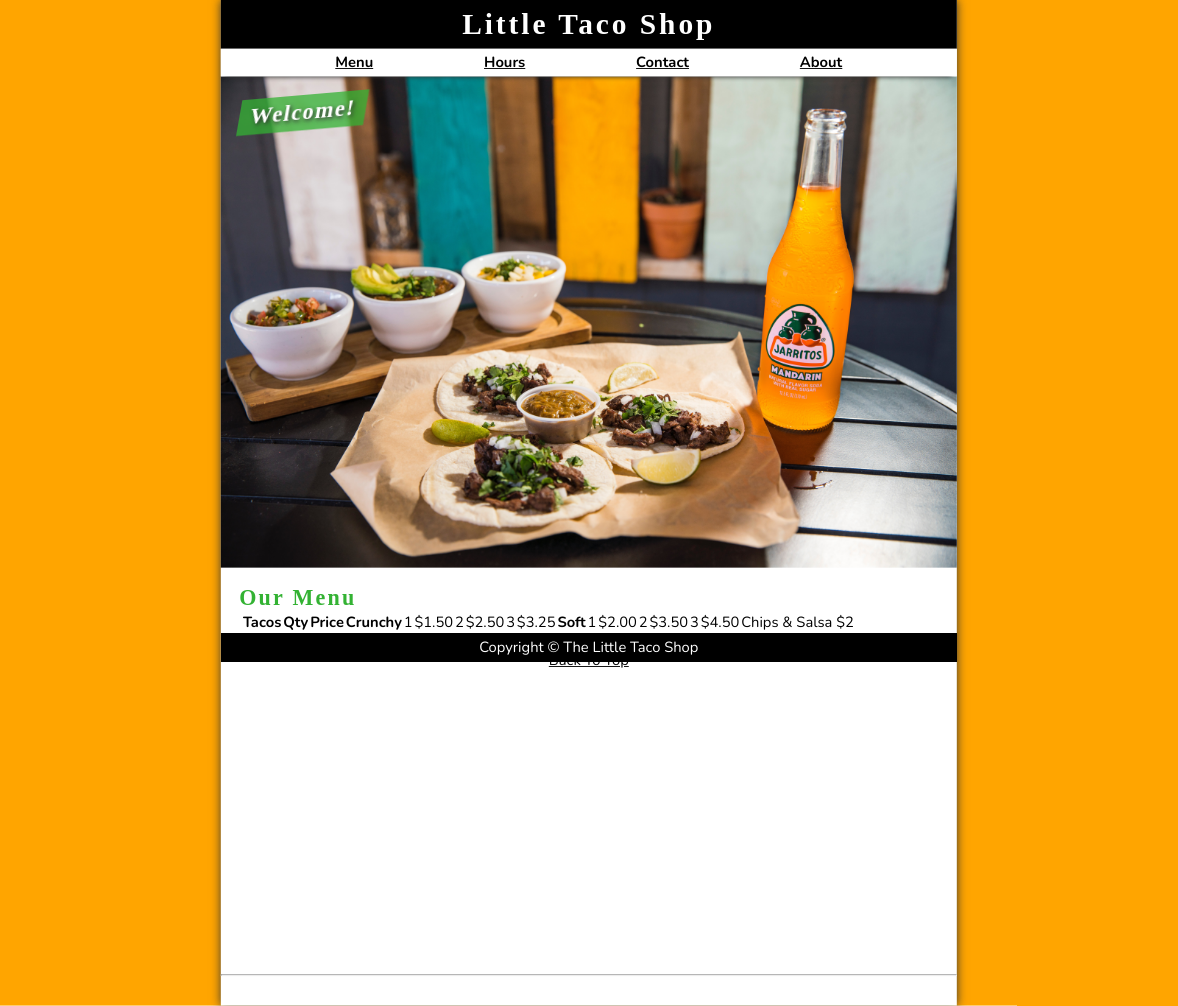
Repository: nabieusuma/Little-taco-shop
Page: index.html
These files come from the project's save history. The page is drawn as it stood at one moment and after the next save; the edit follows.
The browser window is 1280 px wide. The pictures show the whole page, at 92% of full size.
Some web fonts or font styles are not loaded; a fallback is used.

Above is the page before, as saved 2026-05-07 17:10:43.

### index.html
<!doctype html>
<html lang="en">
  <head>
    <meta charset="UTF-8" />
    <meta name="viewport" content="width=device-width, initial-scale=1.0" />
    <meta name="author" content="Nabieu suma" />
    <meta
      name="description"
      content="The official website for The Little Taco Shop"
    />
    <title>Little Taco Shop</title>
    <link rel="icon" href="favicon.ico" type="image/x-icon" />
    <link rel="stylesheet" href="style.css" />
  </head>

  <body>
    <header class="header">
      <h1 class="header__h1">Little Taco Shop</h1>
      <nav class="header__nav">
        <ul class="header__ul">
          <li>
            <a href="#menu"> Menu</a>
          </li>
          <li>
            <a href="hours.html"> Hours</a>
          </li>
          <li>
            <a href="contact.html">Contact</a>
          </li>

          <li>
            <a href="about.html">About</a>
          </li>
        </ul>
      </nav>
    </header>

    <section class="hero">
      <h2 class="hero__h2">Welcome!</h2>
      <figure>
        <img
          src="./Images/tacos_and_drink_1000x667.png"
          alt="Tacos and a Drink"
          title="We love tacos!"
          width="1000"
          height="667"
        />
        <figcaption class="offscreen">Tacos and a Drink</figcaption>
      </figure>
    </section>
    <main class="main">
      <article id="menu" class="main__article menu">
        <h2 class="menu__h2">Our Menu</h2>
        <table class="menu__container">
          <caption class="offscreen">
            Our Tacos
          </caption>
          <thead>
            <tr>
              <th class="menu__header" scope="col">Tacos</th>
              <th class="menu__header" scope="col">Qty</th>
              <th class="menu__header" scope="col">Price</th>
            </tr>
          </thead>
          <tbody>
            <tr>
              <th class="menu__item menu__cr" scope="row" rowspan="3">
                Crunchy
              </th>
              <td class="menu__items">1</td>
              <td class="menu__items">$1.50</td>
            </tr>
            <tr>
              <td class="menu__items">2</td>
              <td class="menu__items">$2.50</td>
            </tr>
            <tr>
              <td class="menu__items">3</td>
              <td class="menu__items">$3.25</td>
            </tr>
            <tr>
              <th class="menu__item menu__sf" scope="row" rowspan="3">Soft</th>
              <td class="menu__items">1</td>
              <td class="menu__items">$2.00</td>
            </tr>
            <tr>
              <td class="menu__items">2</td>
              <td class="menu__items">$3.50</td>
            </tr>
            <tr>
              <td class="menu__items">3</td>
              <td class="menu__items">$4.50</td>
            </tr>
          </tbody>
          <tfoot>
            <tr>
              <td class="menu__item menu__cs" colspan="3">
                Chips &amp; Salsa $2
              </td>
            </tr>
          </tfoot>
        </table>
        <p class="center">
          <a href="#">Back To Top</a>
        </p>
      </article>
    </main>
    <hr />
    <footer class="footer">
      <p>
        <span class="nowrap">Copyright &copy; </span>
        <span class="nowrap">The Little Taco Shop</span>
      </p>
    </footer>
  </body>
</html>

### style.css
@import url("https://fonts.googleapis.com/css2?family=Fraunces:ital,opsz,wght@0,9..144,100..900;1,9..144,100..900&family=Hanken+Grotesk:ital,wght@0,100..900;1,100..900&family=Kumbh+Sans:wght,YOPQ@100..900,300&family=Montserrat:ital,wght@0,100..900;1,100..900&family=Nunito:ital,wght@0,200..1000;1,200..1000&family=Outfit:wght@100..900&family=Red+Hat+Display:ital,wght@0,300..900;1,300..900&family=Roboto:ital,wght@0,100..900;1,100..900&family=Work+Sans:ital,wght@0,100..900;1,100..900&display=swap");

@import url("https://fonts.googleapis.com/css2?family=Fraunces:ital,opsz,wght@0,9..144,100..900;1,9..144,100..900&family=Fugaz+One&family=Hanken+Grotesk:ital,wght@0,100..900;1,100..900&family=Kumbh+Sans:wght,YOPQ@100..900,300&family=Montserrat:ital,wght@0,100..900;1,100..900&family=Nunito:ital,wght@0,200..1000;1,200..1000&family=Outfit:wght@100..900&family=Red+Hat+Display:ital,wght@0,300..900;1,300..900&family=Roboto:ital,wght@0,100..900;1,100..900&family=Work+Sans:ital,wght@0,100..900;1,100..900&display=swap");

*,
*::before,
*::after {
  padding: 0;
  margin: 0;
  box-sizing: border-box;
}

img {
  display: block;
  max-width: 100%;
  height: auto;
}

input,
button,
textarea {
  font: inherit;
}

/* || VARIABLES */
:root {
  /* Fonts */
  --FF: "Nunito", sans-serif;
  --FF--HEADINGS: "Fugaz One", cursive;
  --FS: clamp(1rem, 2.2vh, 1.5rem);

  /* COLORS*/
  --BGCOLOR: orange;
  --BGCOLOR-FADE: rgb(252, 220, 160);
  --BGIMAGE: linear-gradiant(
    to buttom,
    var(var(var(--BGCOLOR), var(var(--BGCOLOR-FADE))))
  );
  --BODY-BGCOLOR: #fff;
  --FONT-COLOR: #000;
  --BORDER-COLOR: #333;
  --HEIGHLIGHT-COLOR: rgb(51, 178, 51);
  --LINKCOLOR: #000;
  --LINK-HOVER: hsla(0, 0%, 0%, 0.6);
  --LINK-ACTIVE: orange;
  --HEADER-BGCOLOR: #000;
  --HEADER-COLOR: #fff;
  --NAV-BAGCOLOR: #fff;
  --HERO-BGCOLOR: rgba(51, 178, 51, 0.75);
  --HERO-COLOR: #fff;

  /* BORDERS */
  --BORDERS: 1px solid var(var(--BORDER-COLOR));

  /* STANDARD PADDING */
  --PADDING-TB: 0.25em;
  --PADDING-SIDE: 2.5%;

  /* STANDARD MARGIN */
  --MARGIN: clamp(1em, 2.5vh, 1.5em) 0;
}

/* || UTILITY CLASS */
.offscreen {
  position: absolute;
  left: -10000px;
}

.nowrap {
  white-space: nowrap;
}

.center {
  text-align: center;
}

/*
  GENERAL STYLE
*/
html {
  scroll-behavior: smooth;
  font-size: var(--FS);
  font-family: var(--FF);
  background-color: var(--BGCOLOR);
  background-image: var(--BGIMAGE);
}

body {
  background-color: var(--BODY-BGCOLOR);
  color: var(--FONT-COLOR);
  min-height: 100vh;
  max-width: 800px;
  margin: 0 auto;
  border-left: var(--BORDERS);
  border-right: var(--BORDERS);
  box-shadow: 0 0 10px var(--BORDER-COLOR);
}

h1,
h2,
h3 {
  font-family: var(--FF--HEADINGS);
  letter-spacing: 0.1em;
}

h2,
h3 {
  color: var(--HEIGHLIGHT-COLOR);
}

p {
  line-height: 1.5;
}

a:any-link {
  color: var(--LINKCOLOR);
}

a:hover,
a:focus-visible {
  color: var(--LINK-HOVER);
}

a:active {
  color: var(--LINK-ACTIVE);
}

/* HEADER */
.header {
  position: sticky;
  top: 0;
  z-index: 1;
}

.header__h1 {
  text-align: center;
  background-color: var(--HEADER-BGCOLOR);
  color: var(--HEADER-COLOR);
  padding: var(--PADDING-TB) var(--PADDING-SIDE);
}

.header__nav {
  background-color: var(--NAV-BAGCOLOR);
  border-bottom: var(--BORDERS);
  font-weight: bold;
  box-shadow: 0 6px 5px -5px var(--BORDER-COLOR);
}

.header__ul {
  padding: var(--PADDING-TB) var(--PADDING-SIDE);
  list-style-type: none;
  display: flex;
  justify-content: space-evenly;
  gap: 1rem;
}

.hero {
  position: relative;
}

.hero__h2 {
  background-color: var(--HERO-BGCOLOR);
  color: var(--HERO-COLOR);
  padding: 0.25em 0.5em;
  letter-spacing: 0.1rem;
  text-shadow: 2px 2px 5px var(--BORDER-COLOR);
  position: absolute;
  left: 20px;
  top: -100px;
  animation: showWelcome 0.5s ease-in-out 1s forwards;
}

@keyframes showWelcome {
  0% {
    top: -20px;
    transform: skew(0deg, -5deg) scaleY(0);
  }

  80% {
    top: 80px;
    transform: skew(10deg, -5deg) scaleY(1.2);
  }

  100% {
    top: 20px;
    transform: skew(-10deg, -5deg) scaleY(1);
  }
}

/* Footer */
.footer {
  position: sticky;
  bottom: 0;
  background-color: var(--HEADER-BGCOLOR);
  color: var(--HEADER-COLOR);
  padding: var(--PADDING-TB) var(--PADDING-SIDE);
  text-align: center;
}

/* Main */

.main {
  padding: var(--PADDING-TB) var(--PADDING-SIDE);
}

.main__article {
  scroll-margin-top: 6.5rem;
  margin: var(--MARGIN);
}

.main__article:first-child {
  margin-top: 1em;
}
.main__article:last-child {
  min-height: calc(100vh - 20rem);
}

/* About */
.about__trivia {
  margin: var(--MARGIN);
}

.about__trivia-answer {
  margin-top: 1em;
}

/* Contact */
.contact__h2 {
  margin: 0;
}

.contact__fieldset {
  border: none;
}

.contact__p {
  margin: 1em, 0;
}

.contact__label {
  display: block;
  font-weight: bold;
}

.contact__input,
.contact__textarea {
  padding: 0.5em;
  border-radius: 15px;
  border-width: 2px;
  width: 100%;
}

.contact__button {
  padding: 0.5em;
  border-radius: 15px;
  background-color: var(--HEIGHLIGHT-COLOR);
  color: var(--HEADER-COLOR);
}

/*  MENU */

thead,
tbody,
tfoot,
tr {
  display: contents;
}

.menu__container {
  display: grip;
  grid-template-columns: repeat(3, 1fr);
  grid-template-areas:
    "hd1 hd2 hd3"
    "cr cr1 cr1p "
    "cr cr2 cr2p "
    "cr cr3 cr3p "
    "sf sf1 sfp"
    "sf sf2 sf2p"
    "sf sf3 sf3p"
    "cs cs cs ";
    gap: 0.1em;
    margin-bottom: 1em;
}


.menu__cr {
  grid-area: cr;
}

.menu__sf {
  grid-area: sf;
}

.menu__cs {
  grid-area: cs;

}

.menu__cr , .menu__sf,  {
  color: var(--HEIGHLIGHT-COLOR);
  font-weight: bold;
  height: 100%;
  display: grid;
  place-content: center;
}

After the next save:
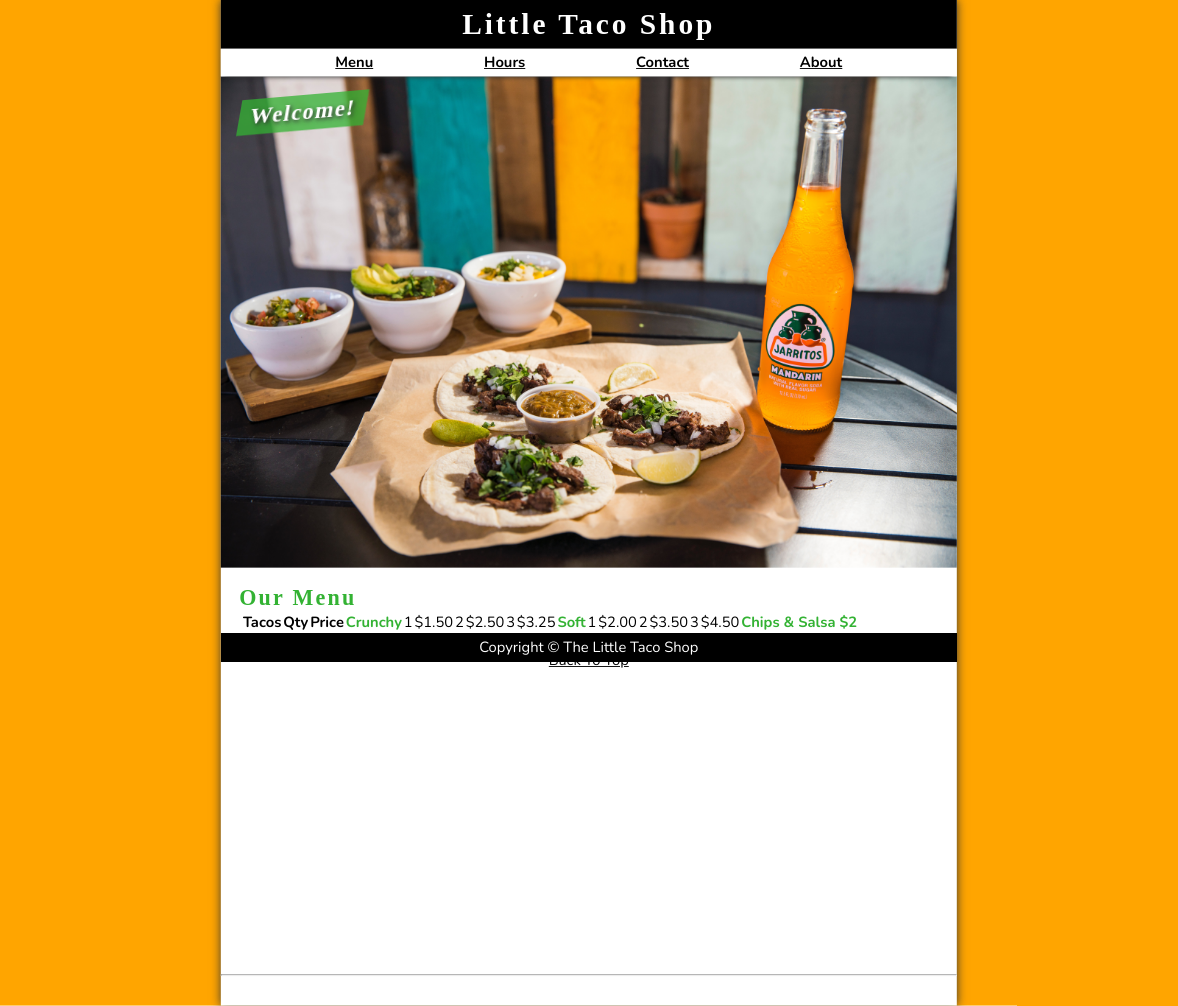
Saved 7 s later.
--- a/style.css
+++ b/style.css
@@ -296,7 +296,7 @@
 
 }
 
-.menu__cr , .menu__sf,  {
+.menu__cr , .menu__sf, .menu__cs {
   color: var(--HEIGHLIGHT-COLOR);
   font-weight: bold;
   height: 100%;
